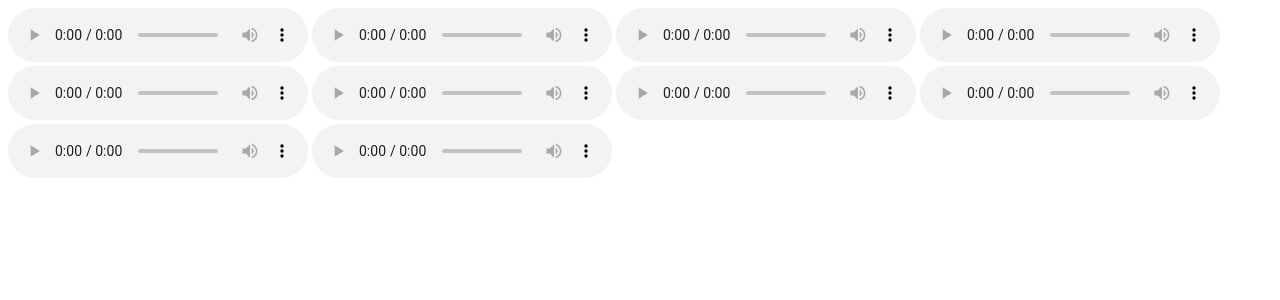
Repository: OdenthalKay/youtube-audio-downloader
Page: client/index.html
The author's editor kept a record of every edit. The page is drawn from the files as they stood at one moment, then again after the next edit.
The browser window is 1280 px wide. The pictures show the whole page.

Above is the page before.

After the next edit:
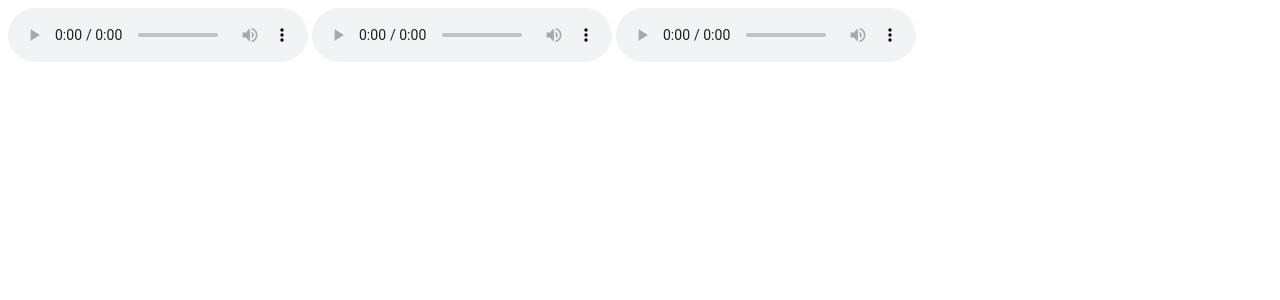
The edit:
--- a/client/index.html
+++ b/client/index.html
@@ -3,34 +3,7 @@
 
 <body>
   <audio controls>
-    <source src="../file0.mp3" type="audio/mpeg">
-      Your browser does not support the audio element.
-  </audio>
-  <audio controls>
-    <source src="../file1.mp3" type="audio/mpeg">
-      Your browser does not support the audio element.
-  </audio>
-  <audio controls>
-    <source src="../file2.mp3" type="audio/mpeg">
-      Your browser does not support the audio element.
-  </audio>
-  <audio controls>
-    <source src="../file3.mp3" type="audio/mpeg">
-      Your browser does not support the audio element.
-  </audio>
-  <audio controls>
-    <source src="../file4.mp3" type="audio/mpeg">
-      Your browser does not support the audio element.
-  </audio>
-  <audio controls>
-    <source src="../file5.mp3" type="audio/mpeg">
-      Your browser does not support the audio element.
-  </audio>
-  <audio controls>
-    <source src="../file6.mp3" type="audio/mpeg">
-      Your browser does not support the audio element.
-  </audio>
-  <audio controls>
+
     <source src="../file7.mp3" type="audio/mpeg">
       Your browser does not support the audio element.
   </audio>
